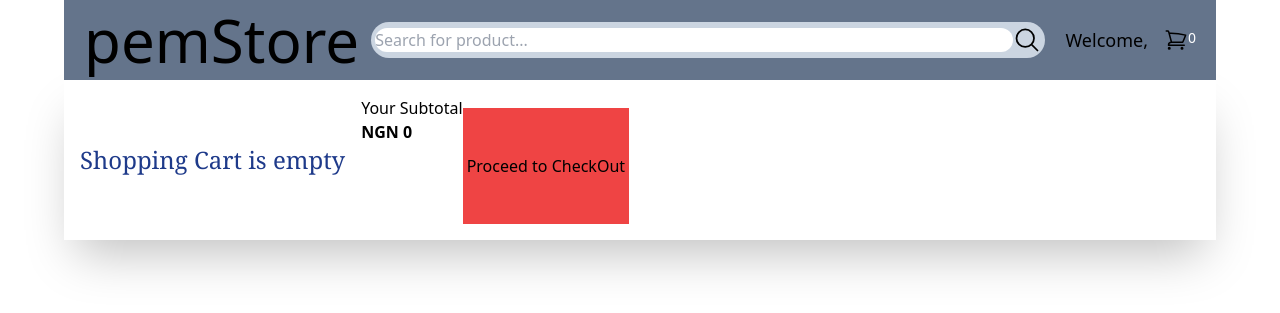
Repository: Semanmernstack/pemstore
Page: /checkout
The author's editor kept a copy of each file at every save. The page is drawn from the files as they stood at one save, then again after the next save.
The browser window is 1280 px wide. The pictures show the whole page.
The page's requests for data from a server got no answer. The project was rebuilt for these pictures with package versions that can differ from the ones it lists, and the page was loaded fresh each time. The framework's server and built-in components were replaced by stand-ins that run in the browser. No one was signed in, and anything a server would have sent is missing. Also part of the build but not shown: next.config.js, components/CheckoutProduct.js.

Above is the page before, as saved 2022-11-06 04:58:57.

After the next save:
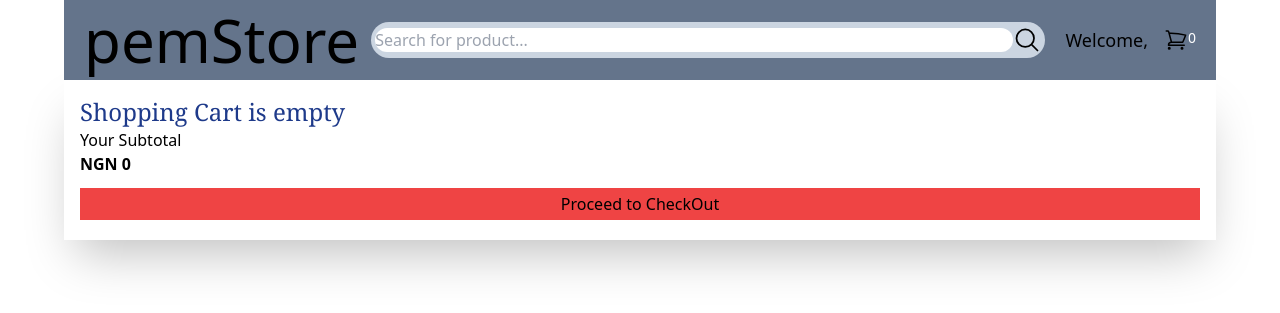
Saved 10 s later.
--- a/pages/checkout.js
+++ b/pages/checkout.js
@@ -11,7 +11,7 @@ function Checkout() {
   return (
     <div  className=" mx-auto max-w-6xl "  >
         <Header />
-        <div className="h-40 p-4 shadow-2xl flex">
+        <div className="h-40 p-4 shadow-2xl flex flex-col">
         <div className="flex items-center  text-lg md:text-xl lg:text-2xl font-serif text-blue-900 space-x-4 ">
             <h1>{items.length === 0 ? "Shopping Cart is empty"  : "This is your pemStore Shopping Cart" }   </h1>
             <p>{session?.user.name}</p>
